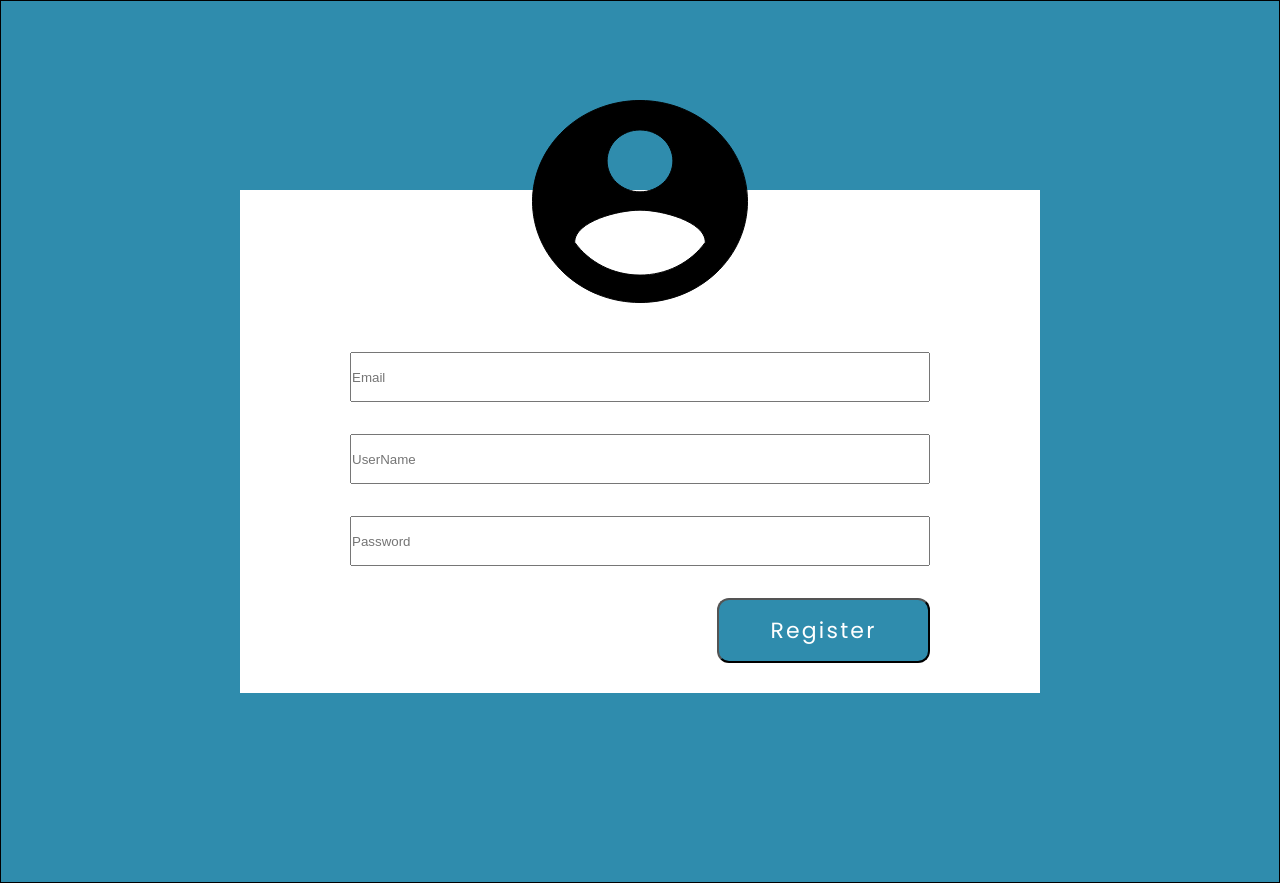
Repository: SabrinaSeydaliyeva/Agency-website
Page: pages/registerPage/index.html
These files come from the project's save history. The page is drawn as it stood at one moment and after the next save; the edit follows.
The browser window is 1280 px wide. The pictures show the whole page.
The style sheet was rebuilt from its Sass, Less or Tailwind sources for each picture, by a compiler version that may differ from the author's.

Above is the page before, as saved 2023-09-14 16:03:16.

### pages/registerPage/index.html
<!DOCTYPE html>
<html lang="en">
<head>
    <meta charset="UTF-8">
    <meta http-equiv="X-UA-Compatible" content="IE=edge">
    <meta name="viewport" content="width=device-width, initial-scale=1.0">
    <title>Register</title>
    <link rel="stylesheet" href="../../css/reset.css">
    <link rel="stylesheet" href="index.css">
</head>
<body>
    <div class="container">

        <div class="form-box">
            <form action="">
                <label for="">

                    <input class="email-input" type="email" name="email"  placeholder="Email">
                </label>
                <input class="name-input" type="text" name="name"  placeholder="UserName">
                <input class="password-input" type="password"  placeholder="Password">
<div class="btn">
    <button>Register</button>

</div>
            </form>
        </div>

        <div class="profil-img">
            <img src="./images/profil.svg" alt="">
        </div>

    </div>
</body>
<script src="./index.js"></script>
</html>

### pages/registerPage/index.js
let form=document.querySelector("form")
let emailInput=document.querySelector(".email-input")
let nameInput=document.querySelector(".name-input")
let passwordInput=document.querySelector(".password-input")

form.addEventListener("submit", handleRegister)

function handleRegister(e) {
e.preventDefault()
console.log(emailInput.value);
console.log(nameInput.value);
console.log(passwordInput.value);

let person ={
    email: emailInput.value,
    name: nameInput.value,
    password: passwordInput.value,
}

console.log(person);
}

### pages/registerPage/index.scss
@import url('https://fonts.googleapis.com/css2?family=Poppins&display=swap');

.container {
  width: 100%;
  min-height: 100vh;
  padding: 189px;
  display: flex;
  justify-content: center;
  align-items: center;
  border: 1px solid #000;
  background: #2F8CAD;
  background: #2F8CAD, lightgray 50% / cover no-repeat;

  /* background: lightgray 50% / cover no-repeat; */
  box-shadow: 0px 4px 4px 0px rgba(0, 0, 0, 0.25);

  .profil-img {
    position: absolute;
    top: 100px;
    width: 216px;
    height: 203px;
  }
  .form-box {
    position: relative;
    width: 800px;
    padding: 162px 110px 30px 110px;
    background: #fff;

    form {
      input {
        margin-bottom: 32px;
        width: 100%;
        height: 50px;
      }

      .btn {
        display: flex;
        justify-content: flex-end;
        button {
          width: 213px;
          height: 65px;
          border-radius: 12px;
          background: #2f8cad;
          color: #fff;
          text-align: center;
          font-family: Poppins;
          font-size: 22px;
          font-style: normal;
          font-weight: 400;
          line-height: normal;
          letter-spacing: 2.2px;
        }
      }


    }
  }
}

Loaded but not shown: css/reset.css (common file)

After the next save:
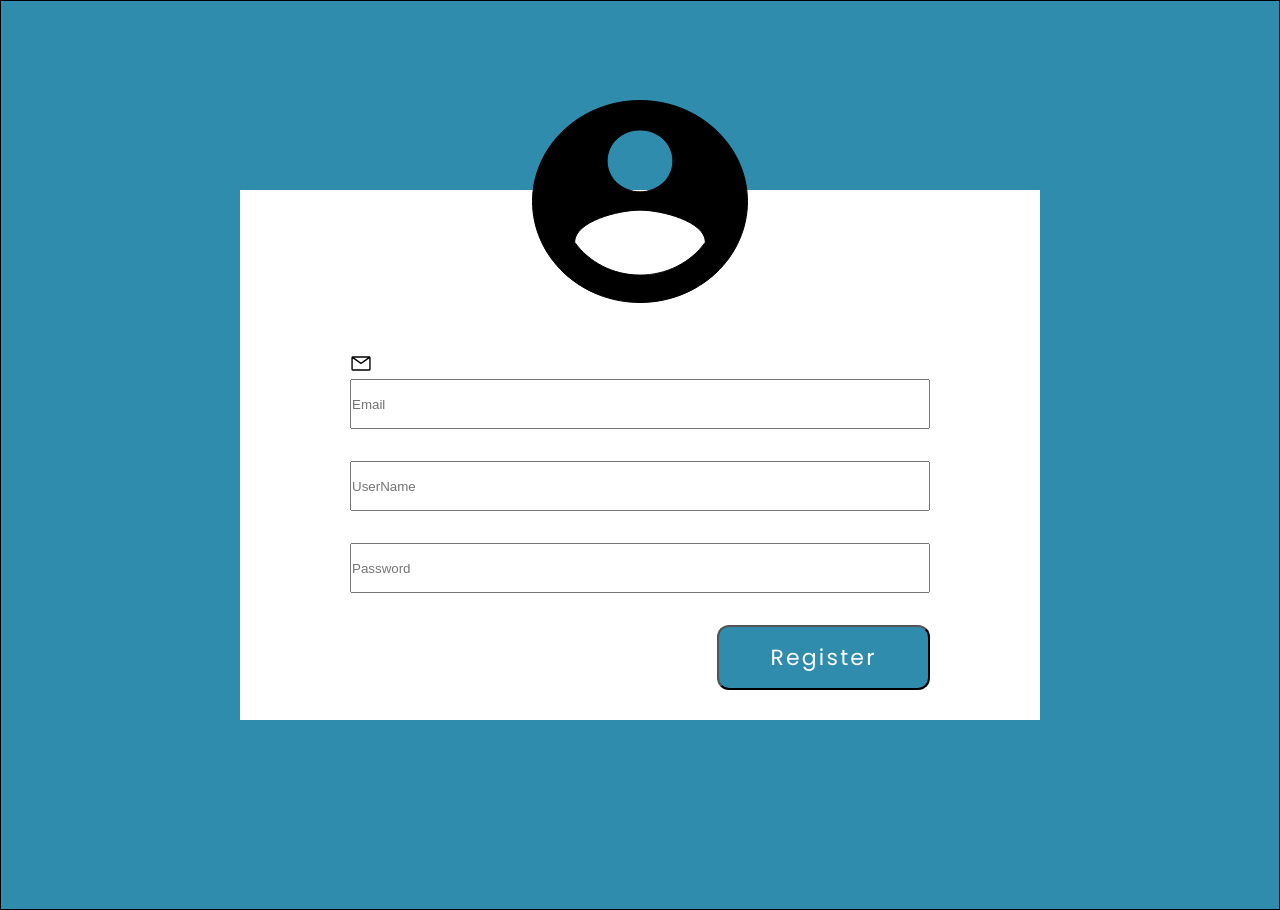
Saved 8 s later.
--- a/pages/registerPage/index.html
+++ b/pages/registerPage/index.html
@@ -14,7 +14,9 @@
         <div class="form-box">
             <form action="">
                 <label for="">
-
+                    <svg xmlns="http://www.w3.org/2000/svg" width="22" height="23" viewBox="0 0 22 23" fill="none">
+                        <path d="M19.25 4.3125H2.75C2.38533 4.3125 2.03559 4.46395 1.77773 4.73353C1.51987 5.00312 1.375 5.36875 1.375 5.75V17.25C1.375 17.6312 1.51987 17.9969 1.77773 18.2665C2.03559 18.536 2.38533 18.6875 2.75 18.6875H19.25C19.6147 18.6875 19.9644 18.536 20.2223 18.2665C20.4801 17.9969 20.625 17.6312 20.625 17.25V5.75C20.625 5.36875 20.4801 5.00312 20.2223 4.73353C19.9644 4.46395 19.6147 4.3125 19.25 4.3125ZM17.7375 5.75L11 10.6231L4.2625 5.75H17.7375ZM2.75 17.25V6.40406L10.6081 12.0894C10.7232 12.1728 10.8599 12.2176 11 12.2176C11.1401 12.2176 11.2768 12.1728 11.3919 12.0894L19.25 6.40406V17.25H2.75Z" fill="black"/>
+                        </svg>
                     <input class="email-input" type="email" name="email"  placeholder="Email">
                 </label>
                 <input class="name-input" type="text" name="name"  placeholder="UserName">
